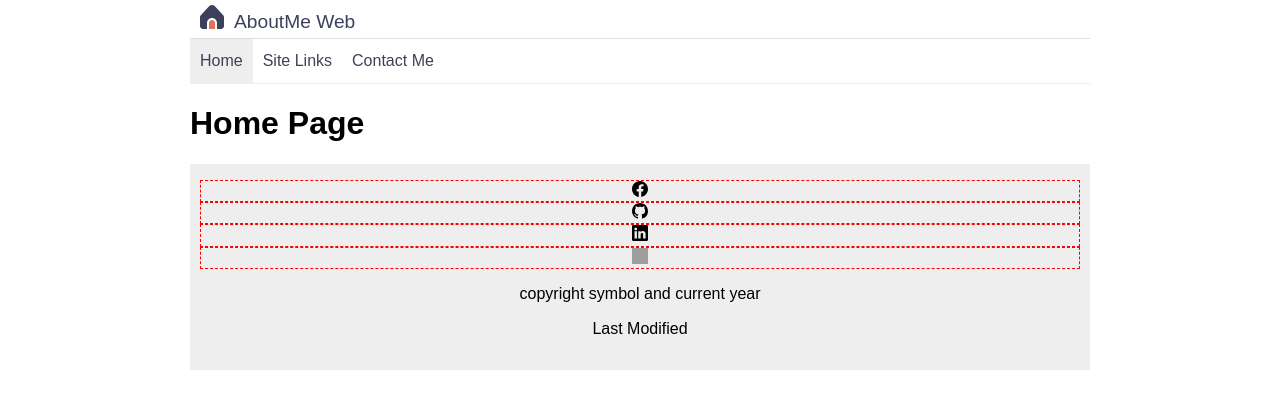
Repository: JoyUdoh106/wdd231
Page: index.html
An editor plug-in stored every save of this project. The page is shown before and after a run of saves, followed by the edit.
The browser window is 1280 px wide. The pictures show the whole page.
Pictures or frames that could not be fetched are drawn as grey boxes.

Above is the page before, as saved 2026-01-10 20:18:40.

### index.html
<!DOCTYPE html>
<html lang="en">
<head>
    <meta charset="UTF-8">
    <meta name="viewport" content="width=device-width, initial-scale=1.0">
    <title>Joy Paulinus Udoh Site | Home Page</title>
    <meta name="description" content="My Site">
    <meta name="author" content="Joy Paulinus Udoh">

    <!-- Style Sheets Here -->
    <link rel="stylesheet" href="styles/base.css">
    <link rel="stylesheet" href="styles/larger.css">
    <link rel="stylesheet" href="styles/normalize.css">

</head>
<body>
    <header>
        <img src="images/home.svg" alt="Site Logo" width="512" height="512">
        <span>AboutMe Web</span>
        <button id="ham-btn" class="hamburger"></button>
    </header>
    <nav id="nav-bar" class="navigation">
        <ul>
            <li class="current"><a href="#">Home</a></li>
            <li><a href="#">Site Links</a></li>
            <li><a href="#">Contact Me</a></li>
        </ul>
    </nav>
    <main>
        <h1>Home Page</h1>
    </main>
    <footer>
        <div class="social">
            <a href="" target="_blank"><img src="images/facebook.svg" alt="facebook" width="16" height="16"></a>
            <a href="" target="_blank"><img src="images/github.svg" alt="github" width="16" height="16"></a>
            <a href="" target="_blank"><img src="images/linkedin.svg" alt="" width="16" height="16"></a>
            <a href="" target="_blank"><img src="images/microsoft-teams.svg" alt="" width="16" height="16"></a>
        </div>
        <p>copyright symbol and current year</p>
        <p>Last Modified</p>
    </footer>
    <script src="scripts/navigation.js"></script>
</body>
</html>

### styles/base.css
/* --------- Color Scheme ----------
terra cotta #E2725B
deep slate blue #3D405B,
*/

/********************** SITE WIDE *************************/
* {
    font-family: "Josefin Sans", sans-serif;
    box-sizing: border-box;
}

/********************* HEADER *********************/
header {
    display: grid;
    grid-template-columns: 24px auto 44px;
    padding: 5px 0 5px 10px;
    align-items: end;
    border-bottom: solid 1px #ddd;
    column-gap: 10px;
}

header img {
    display: block;
    width: 100%;
    height: auto;
    padding-bottom: 4px;
}

header span {
    font-size: 1.2rem;
    color: #3D405B;
}

/********************* HAMBURGER *********************/
.hamburger {
    background-color: none;
    border: none;
    font-size: 2rem;
    color: #3D405B;
    cursor: pointer;
    font-family: Verdana, Geneva, Tahoma, sans-serif;
}

.hamburger::before {
    content: "\2630";
}

.hamburger.show::before {
    content: "\00D7";
}

/********************* NAVIGATION *********************/
.navigation {
    display: none;
}

.navigation.show {
    display: block;
}

.navigation ul {
    list-style-type: none;
    margin: 0;
    padding: 0;
}

.navigation a {
    display: block;
    padding: .8rem 10px;
    color: #3D405B;
    text-decoration: none;
    border-bottom: solid 1px #ddd;
}

.navigation li.current {
    background-color: #eee;
}

.navigation a:hover {
    background-color: #E2725B;
}


h1 {
    margin-left: 10px;
}

/************************** FOOTER **************************/
footer {
    background-color: #eee;
    padding: 1rem 10px;
    text-align: center;
}

.social {
disFLEX
}

.social a {
    display: block;

    border: red dashed 1px;
}

### styles/larger.css
@media only screen and (min-width: 38rem) {
    header, main, nav, footer {
        max-width: 900px;
        margin: 0 auto;
    }


    header {
        grid-template-columns: 24px auto;
    }

    .hamburger {
        display: none;
    }


    .navigation {
        display: block;
        border-bottom: solid 1px #eee;
    }

    .navigation ul {
        display: flex;
    }

    .navigation a {
        border: none;
    }

}

### images/home.svg
<?xml version="1.0" encoding="UTF-8"?>
<!-- Generator: Adobe Illustrator 25.0.0, SVG Export Plug-In . SVG Version: 6.00 Build 0)  -->
<svg xmlns="http://www.w3.org/2000/svg" xmlns:xlink="http://www.w3.org/1999/xlink" version="1.1" id="Capa_1" x="0px" y="0px" viewBox="0 0 512 512" style="enable-background:new 0 0 512 512;" xml:space="preserve" width="512" height="512">
	<g>
		<path d="M362.667,383.841v128H448c35.346,0,64-28.654,64-64V253.26c0.005-11.083-4.302-21.733-12.011-29.696l-181.29-195.99    c-31.988-34.61-85.976-36.735-120.586-4.747c-1.644,1.52-3.228,3.103-4.747,4.747L12.395,223.5    C4.453,231.496-0.003,242.31,0,253.58v194.261c0,35.346,28.654,64,64,64h85.333v-128c0.399-58.172,47.366-105.676,104.073-107.044    C312.01,275.383,362.22,323.696,362.667,383.841z" fill="#3D405B"/>
		<path d="M256,319.841c-35.346,0-64,28.654-64,64v128h128v-128C320,348.495,291.346,319.841,256,319.841z" fill="#E2725B"/>
	</g>

</svg>

### scripts/navigation.js
// Store the selected elements that we are going to use
const navbutton = document.querySelector('#ham-btn');
const navlinks = document.querySelector('#nav-bar');

// Toggle the show class off and on
navbutton.addEventListener('click', () => {
    navbutton.classList.toggle('show');
    navlinks.classList.toggle('show');
});

### images/facebook.svg
<svg xmlns="http://www.w3.org/2000/svg" width="16" height="16" fill="currentColor" class="bi bi-facebook" viewBox="0 0 16 16">
  <path d="M16 8.049c0-4.446-3.582-8.05-8-8.05C3.58 0-.002 3.603-.002 8.05c0 4.017 2.926 7.347 6.75 7.951v-5.625h-2.03V8.05H6.75V6.275c0-2.017 1.195-3.131 3.022-3.131.876 0 1.791.157 1.791.157v1.98h-1.009c-.993 0-1.303.621-1.303 1.258v1.51h2.218l-.354 2.326H9.25V16c3.824-.604 6.75-3.934 6.75-7.951"/>
</svg>

### images/github.svg
<svg xmlns="http://www.w3.org/2000/svg" width="16" height="16" fill="currentColor" class="bi bi-github" viewBox="0 0 16 16">
  <path d="M8 0C3.58 0 0 3.58 0 8c0 3.54 2.29 6.53 5.47 7.59.4.07.55-.17.55-.38 0-.19-.01-.82-.01-1.49-2.01.37-2.53-.49-2.69-.94-.09-.23-.48-.94-.82-1.13-.28-.15-.68-.52-.01-.53.63-.01 1.08.58 1.23.82.72 1.21 1.87.87 2.33.66.07-.52.28-.87.51-1.07-1.78-.2-3.64-.89-3.64-3.95 0-.87.31-1.59.82-2.15-.08-.2-.36-1.02.08-2.12 0 0 .67-.21 2.2.82.64-.18 1.32-.27 2-.27s1.36.09 2 .27c1.53-1.04 2.2-.82 2.2-.82.44 1.1.16 1.92.08 2.12.51.56.82 1.27.82 2.15 0 3.07-1.87 3.75-3.65 3.95.29.25.54.73.54 1.48 0 1.07-.01 1.93-.01 2.2 0 .21.15.46.55.38A8.01 8.01 0 0 0 16 8c0-4.42-3.58-8-8-8"/>
</svg>

### images/linkedin.svg
<svg xmlns="http://www.w3.org/2000/svg" width="16" height="16" fill="currentColor" class="bi bi-linkedin" viewBox="0 0 16 16">
  <path d="M0 1.146C0 .513.526 0 1.175 0h13.65C15.474 0 16 .513 16 1.146v13.708c0 .633-.526 1.146-1.175 1.146H1.175C.526 16 0 15.487 0 14.854zm4.943 12.248V6.169H2.542v7.225zm-1.2-8.212c.837 0 1.358-.554 1.358-1.248-.015-.709-.52-1.248-1.342-1.248S2.4 3.226 2.4 3.934c0 .694.521 1.248 1.327 1.248zm4.908 8.212V9.359c0-.216.016-.432.08-.586.173-.431.568-.878 1.232-.878.869 0 1.216.662 1.216 1.634v3.865h2.401V9.25c0-2.22-1.184-3.252-2.764-3.252-1.274 0-1.845.7-2.165 1.193v.025h-.016l.016-.025V6.169h-2.4c.03.678 0 7.225 0 7.225z"/>
</svg>

Loaded but not shown: styles/normalize.css (library)

After the next 3 saves:
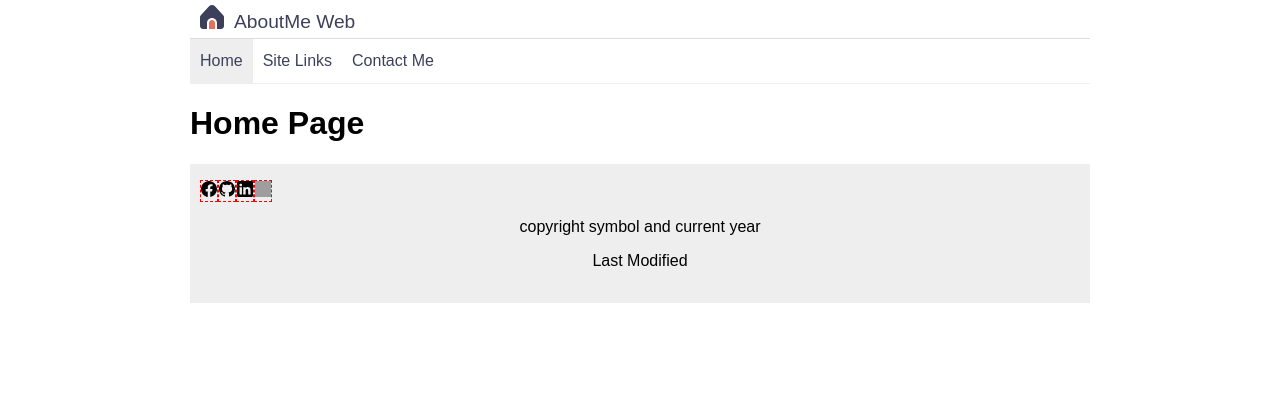
The 3 saves are shown as one change because they came seconds apart.
The last was saved 9 s later.
--- a/styles/base.css
+++ b/styles/base.css
@@ -93,7 +93,7 @@ footer {
 }
 
 .social {
-disFLEX
+display: flex;
 }
 
 .social a {
